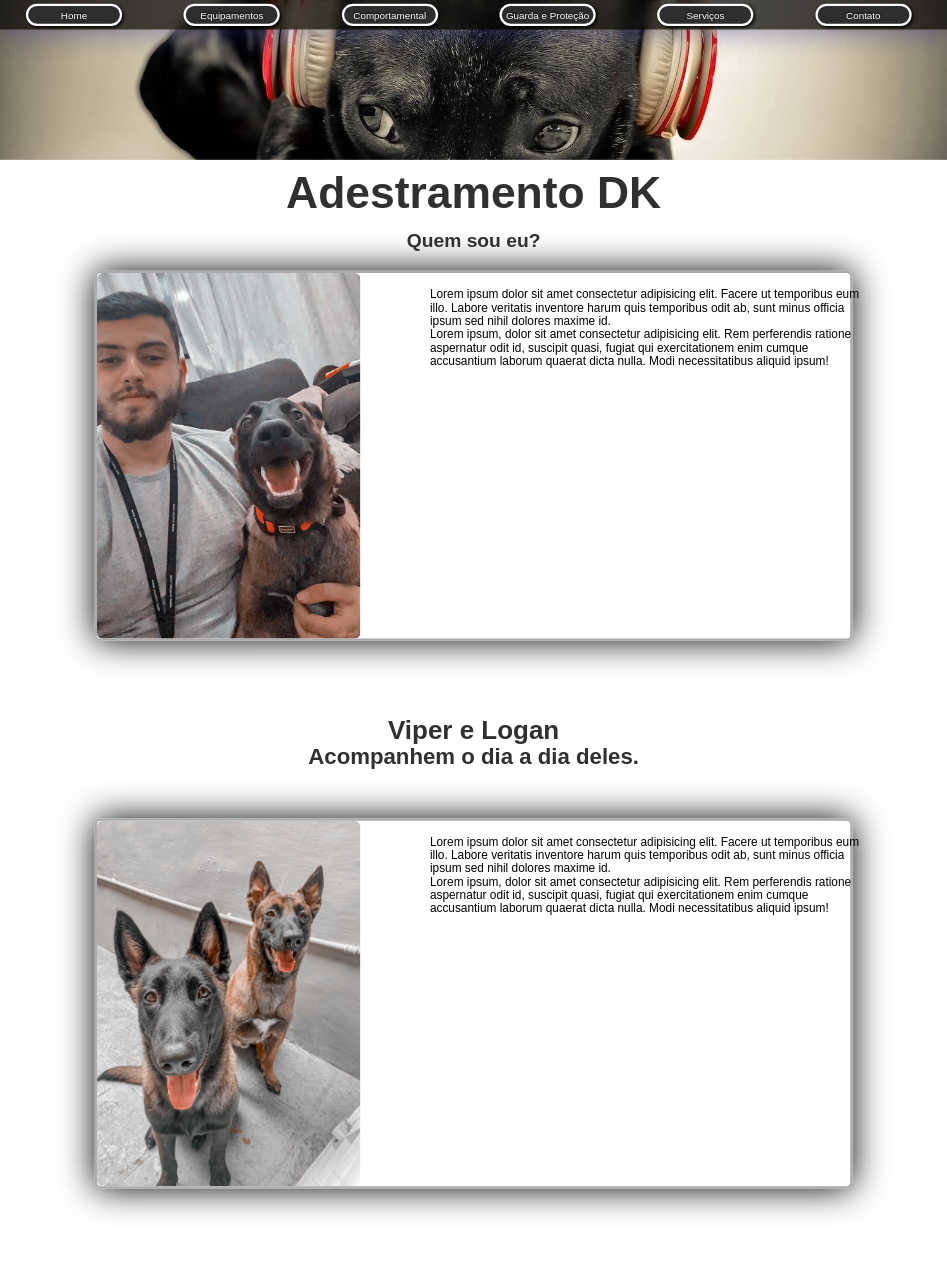
Repository: KevynMarques/Blog-React-StyledComponent
Page: /
These files come from the project's save history. The page is drawn as it stood at one moment and after the next save; the edit follows.
The browser window is 1280 px wide. The pictures show the whole page, at 74% of full size.
The project was rebuilt for these pictures with package versions that can differ from the ones it lists, and the page was loaded fresh each time.

Above is the page before, as saved 2022-02-01 18:59:09.

### src/App.js
import Header from './Components/Header/index'
import Home from './Components/Home';
import Sobre from './Components/Sobre';

import { GlobalStyle } from './GlobalStyle';

function App() {
  return (
    <>
    <Home />
    <Header />
    <Sobre />
    <GlobalStyle/>
    </>
  );
}

export default App;

### src/Components/Header/index.jsx
import { Baner } from "./style";
import Dog from '../Image/Dog.png'

export default () => {

  return (

    <>
      <Baner>
       <img src={Dog} />
     </Baner>
    </>

  );

}

### src/Components/Home/index.jsx
import { Home } from "./Style"

export default () => {
  return (

    <Home>
      <button>Home</button>
      <button>Equipamentos</button>
      <button>Comportamental</button>
      <button>Guarda e Proteção</button>
      <button>Serviços</button>
      <button>Contato</button>
    </Home>
  );
}

### src/Components/Sobre/index.jsx
import { Sobre, Tittle, Dogs } from "./style"
import Foto from '../Image/foto.png'
import LV from '../Image/LV.jpg';

export default () => {
  return (
<>
   <Tittle>
    <h1>Adestramento DK</h1>
      <h2>Quem sou eu?</h2>
    </Tittle>


  <Sobre>
    <section>
    <p>Lorem ipsum dolor sit amet consectetur adipisicing elit. Facere ut temporibus eum illo. Labore veritatis inventore harum quis temporibus odit ab, sunt minus officia ipsum sed nihil dolores maxime id.
      <br></br>
    Lorem ipsum, dolor sit amet consectetur adipisicing elit. Rem perferendis ratione aspernatur odit id, suscipit quasi, fugiat qui exercitationem enim cumque accusantium laborum quaerat dicta nulla. Modi necessitatibus aliquid ipsum!
    </p>
       <div>
        <img src={Foto} />
       </div>
    </section>
  </Sobre>


  <Tittle>
      <h3>Viper e Logan</h3>
      <p>Acompanhem  o dia a dia deles.</p>
    </Tittle>


  <Dogs>
    <section>
    <p>Lorem ipsum dolor sit amet consectetur adipisicing elit. Facere ut temporibus eum illo. Labore veritatis inventore harum quis temporibus odit ab, sunt minus officia ipsum sed nihil dolores maxime id.
      <br></br>
    Lorem ipsum, dolor sit amet consectetur adipisicing elit. Rem perferendis ratione aspernatur odit id, suscipit quasi, fugiat qui exercitationem enim cumque accusantium laborum quaerat dicta nulla. Modi necessitatibus aliquid ipsum!
    </p>
       <div>
        <img src={LV} />
       </div>
    </section>
  </Dogs>

</>

  );
}

### src/GlobalStyle.js
import { createGlobalStyle } from 'styled-components';

 export const GlobalStyle = createGlobalStyle`
  * {
    margin: 0;
    padding: 0;
    box-sizing: border-box;
  }
`;

### src/Components/Header/style.jsx
import styled from "styled-components";

export const Baner= styled.div `
  width: 100%;
  height: 30vh;


    img {
    width: 100%;
    height: 100%;
    object-fit: cover;

    }
`;

### src/Components/Home/Style.jsx
import styled from "styled-components";


export const  Home  = styled.div `
     width: 100vw;
     height: 40px;
     margin: 0;
     position: fixed;
     z-index: 99999;
     background: rgba( 0, 0, 0, 0.7 );
     box-shadow: 0 8px 32px 0 rgba( 31, 38, 135, 0.37 );
     backdrop-filter: blur( 7.5px );
     -webkit-backdrop-filter: blur( 7.5px );
     color:white;
     display: flex;
     align-items: center;
     justify-content: center;

     button {
font-family: Arial, Helvetica, sans-serif;
font-style:normal;
color:#ffffff;
background:#2e2e2e;
border:3px solid #ffffff;
text-shadow:0px -1px 3px #000000;
box-shadow:2px 2px 5px #000000;
-moz-box-shadow:2px 2px 5px #000000;
-webkit-box-shadow:2px 2px 5px #000000;
border-radius:25px 25px 25px 25px;
-moz-border-radius:25px 25px 25px 25px;
-webkit-border-radius:25px 25px 25px 25px;
width:130px;
height: 30px;

cursor:pointer;
margin:0 auto;
margin-left: 35px;

}

`;

### src/Components/Sobre/style.jsx
import styled from "styled-components";


export const Tittle = styled.h1`
@import url('https://fonts.googleapis.com/css2?family=Prompt:ital,wght@1,300&display=swap');
color: #312f2f;
font-size: 30px;
font-family: 'Prompt', sans-serif;
text-align: center;
height: 40px;
margin-top: 10px;

      h2 {
      font-size:26px ;
      margin-top: 15px;
      }
`;

export const  Sobre  = styled.section `
  height: 500px;
  border: solid 3px #aaaaaa;
  width: 80vw;
  margin: 100px  10%;
  border-radius: 8px;
  box-shadow: 0 0 3em Black;

  div {
    width: 35%;
    height:494px;
  }

  img {
    object-fit: cover;
    width: 100%;
    height: 100%;
    border-radius: 8px;
  }

p {
    position: absolute;
    width: 600px;
    margin-left: 450px;
    margin-top: 20px;
    font-size: 16px;
    font-family: Arial, Helvetica, sans-serif;
  }
`;


export const  Dogs  = styled.section `
  height: 500px;
  border: solid 3px #aaaaaa;
  width: 80vw;
  margin: 100px  10%;
  border-radius: 8px;
  box-shadow: 0 0 3em Black;

  div {
    width: 35%;
    height:494px;
  }

  img {
    object-fit: cover;
    width: 100%;
    height: 100%;
    border-radius: 8px;
  }

p {
    position: absolute;
    width: 600px;
    margin-left: 450px;
    margin-top: 20px;
    font-size: 16px;
    font-family: Arial, Helvetica, sans-serif;
  }
`;

Loaded but not shown: public/index.html (common file); src/index.js (common file)

After the next save:
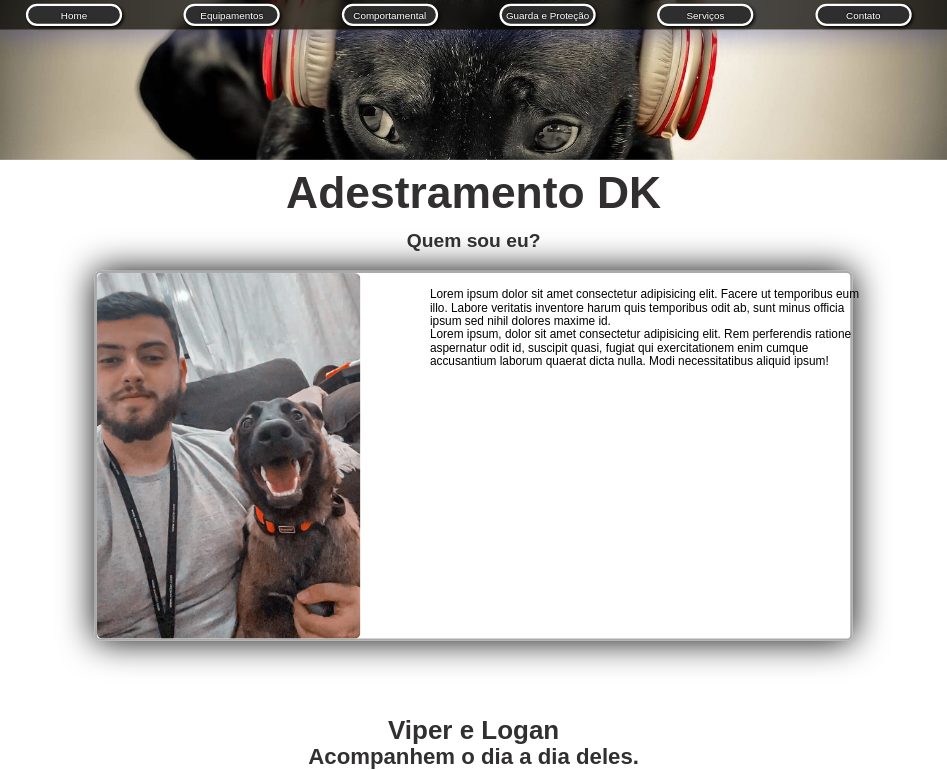
Saved 95 s later.
--- a/src/Components/Sobre/index.jsx
+++ b/src/Components/Sobre/index.jsx
@@ -30,17 +30,7 @@
     </Tittle>
 
 
-  <Dogs>
-    <section>
-    <p>Lorem ipsum dolor sit amet consectetur adipisicing elit. Facere ut temporibus eum illo. Labore veritatis inventore harum quis temporibus odit ab, sunt minus officia ipsum sed nihil dolores maxime id.
-      <br></br>
-    Lorem ipsum, dolor sit amet consectetur adipisicing elit. Rem perferendis ratione aspernatur odit id, suscipit quasi, fugiat qui exercitationem enim cumque accusantium laborum quaerat dicta nulla. Modi necessitatibus aliquid ipsum!
-    </p>
-       <div>
-        <img src={LV} />
-       </div>
-    </section>
-  </Dogs>
+
 
 </>
 

After the save that followed:
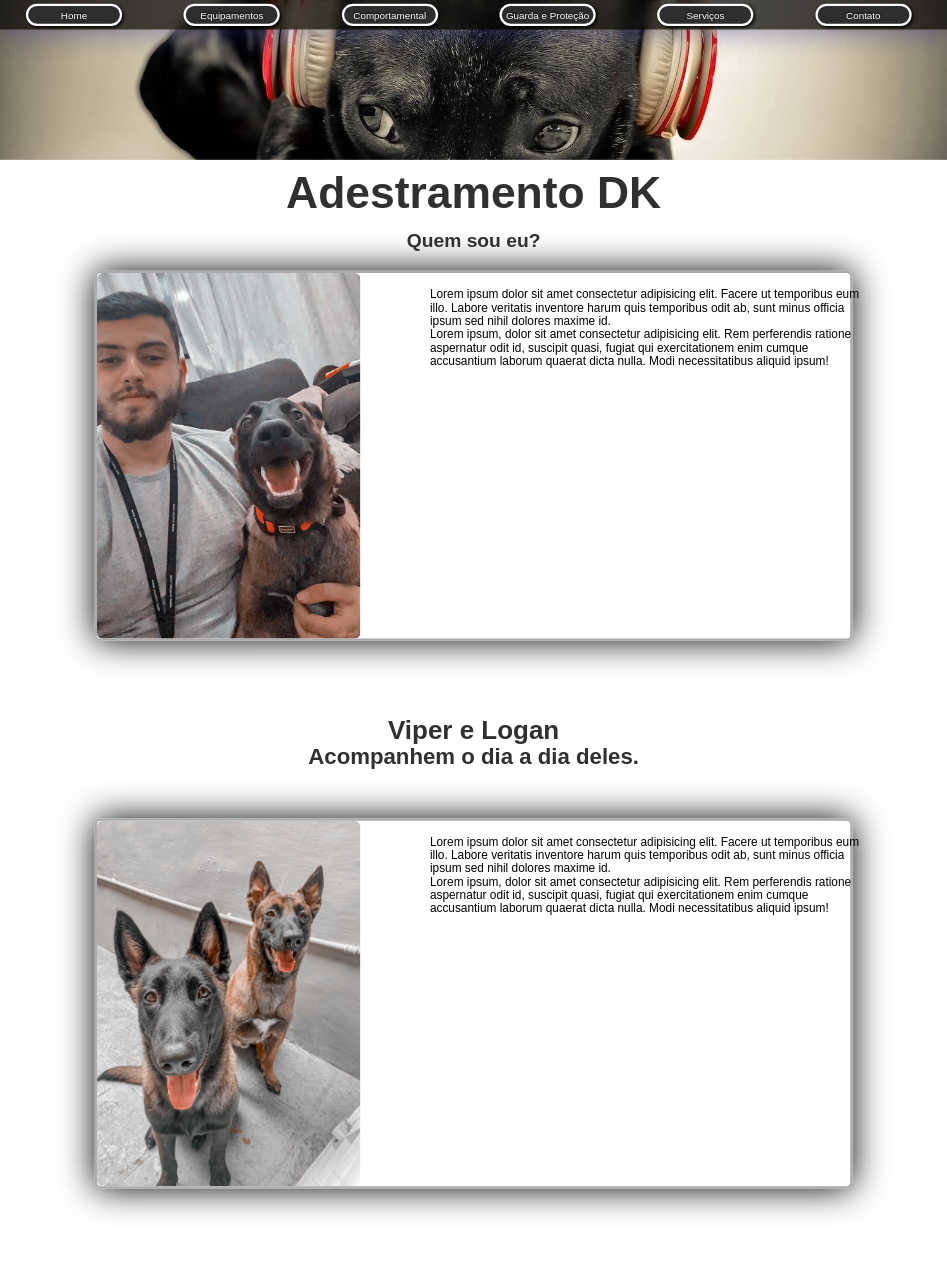
Saved 6 s later.
--- a/src/Components/Sobre/index.jsx
+++ b/src/Components/Sobre/index.jsx
@@ -30,7 +30,17 @@
     </Tittle>
 
 
-
+    <Dogs>
+    <section>
+    <p>Lorem ipsum dolor sit amet consectetur adipisicing elit. Facere ut temporibus eum illo. Labore veritatis inventore harum quis temporibus odit ab, sunt minus officia ipsum sed nihil dolores maxime id.
+      <br></br>
+    Lorem ipsum, dolor sit amet consectetur adipisicing elit. Rem perferendis ratione aspernatur odit id, suscipit quasi, fugiat qui exercitationem enim cumque accusantium laborum quaerat dicta nulla. Modi necessitatibus aliquid ipsum!
+    </p>
+       <div>
+        <img src={LV} />
+       </div>
+    </section>
+  </Dogs>
 
 </>
 
